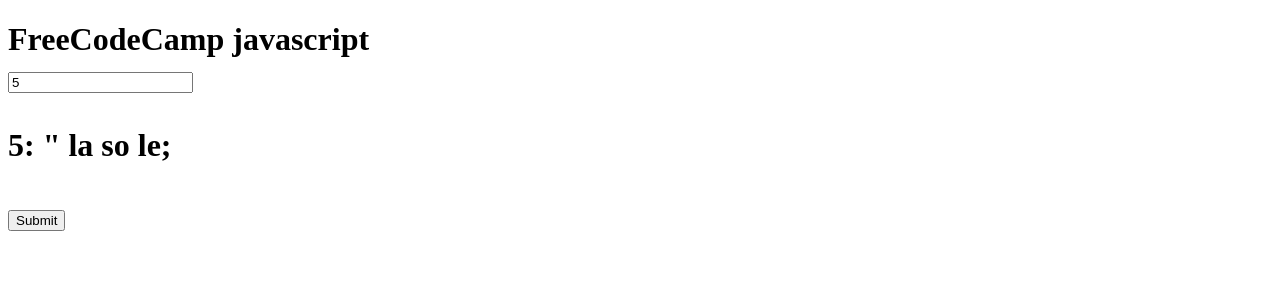
Repository: cuongcay/Clone_YB
Page: FreeCodeCamp.html
An editor plug-in stored every save of this project. The page is shown before and after the next save, followed by the edit.
The browser window is 1280 px wide. The pictures show the whole page.
Empty fields were first filled with sample values (such as "Sample", 5 or name@example.com).
After loading, the first visible `#submit` was clicked once.

Above is the page before, as saved 2022-08-02 15:57:53.

### FreeCodeCamp.html
<!DOCTYPE html>
<html lang="en">
<head>
    <meta charset="UTF-8">
    <meta http-equiv="X-UA-Compatible" content="IE=edge">
    <meta name="viewport" content="width=device-width, initial-scale=1.0">
    <title>FreeCodeCamp</title>
</head>
<body>
    <h1>
        FreeCodeCamp javascript
        <div >
            <input type="number" id="input" placeholder="Enter Number">
            <p id="hello">hello</p>
            <input type="submit" id="submit" value="Submit" onclick="submit()">
        </div>
    </h1>

    <script type="text/javascript" src="./FreeCodeCamp.js"></script>
</body>
</html>

### FreeCodeCamp.js
function submit(){
    const input = document.getElementById("input").value;
    const hello = document.getElementById("hello");

    const submit = document.getElementById("submit");

    const mod = input%2;

    if(mod ===1){
        hello.innerHTML = `
            ${input}: " la so le;`;
    }else{
        hello.innerHTML = `
        ${input} : la so chan`;
    }
}

After the next save:
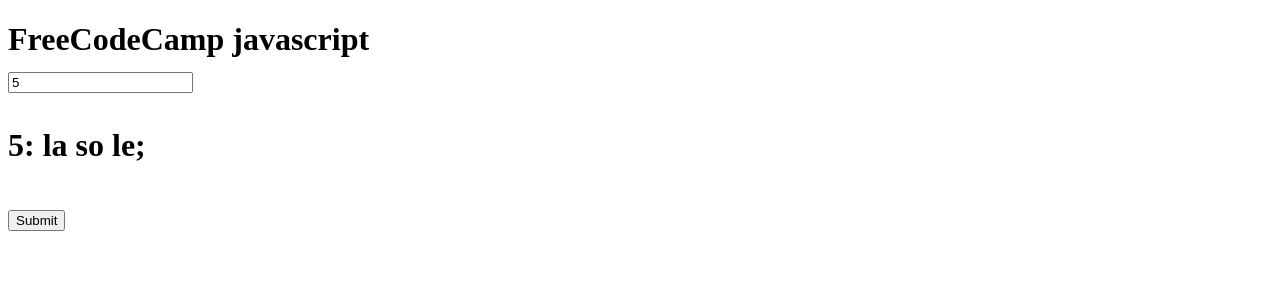
Saved 12 s later.
--- a/FreeCodeCamp.js
+++ b/FreeCodeCamp.js
@@ -8,7 +8,7 @@
 
     if(mod ===1){
         hello.innerHTML = `
-            ${input}: " la so le;`;
+            ${input}: la so le;`;
     }else{
         hello.innerHTML = `
         ${input} : la so chan`;
